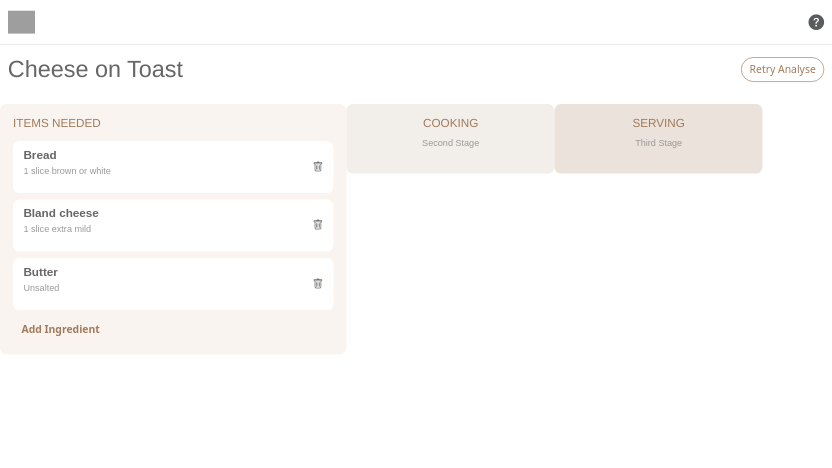
Repository: devashrisamani/SMC
Page: index.html
An editor plug-in stored every save of this project. The page is shown before and after the next save, followed by the edit.
The browser window is 1280 px wide. The pictures show the whole page, at 65% of full size.
Pictures or frames that could not be fetched are drawn as grey boxes.

Above is the page before, as saved 2024-10-09 15:05:40.

### index.html
<!DOCTYPE html>
<html lang="en">
  <head>
    <meta charset="UTF-8" />
    <meta name="viewport" content="width=device-width, initial-scale=1.0" />
    <link
      href="https://cdn.jsdelivr.net/npm/bootstrap@5.3.0-alpha1/dist/css/bootstrap.min.css"
      rel="stylesheet"
    />
    <link
      href="https://cdn.jsdelivr.net/npm/bootstrap-icons/font/bootstrap-icons.css"
      rel="stylesheet"
    />
    <link rel="stylesheet" href="styles.css" />
    <title>Recipe Page</title>
  </head>
  <body>
    <!-- Header -->
    <header class="container-fluid border-bottom py-3">
      <div class="d-flex justify-content-between align-items-center">
        <!-- Logo -->
        <div>
          <img src="img/logomark.svg" alt="Logo" class="logo" />
        </div>

        <!-- Help Icon -->
        <div>
          <i class="bi bi-question-circle-fill fs-4 text-muted"></i>
        </div>
      </div>
    </header>

    <!-- Title and Retry Button -->
    <section class="container-fluid py-3">
      <div class="d-flex justify-content-between align-items-center">
        <!-- Title -->
        <h1 class="header-title">Cheese on Toast</h1>

        <!-- Retry Button -->
        <button class="btn btn-outline-primary retry-btn">Retry Analyse</button>
      </div>
    </section>

    <!-- Main Content -->
    <section class="container-fluid py-3">
      <div class="row">
        <!-- First Rectangle: Items Needed -->
        <div class="col-md-5 rectangle items-needed">
          <h4 class="items-title">ITEMS NEEDED</h4>

          <!-- Ingredients List -->
          <ul class="list-group ingredients-list">
            <li
              class="list-group-item d-flex justify-content-between align-items-center"
            >
              <div>
                <strong>Bread</strong>
                <p>1 slice brown or white</p>
              </div>
              <i class="bi bi-trash text-muted"></i>
            </li>
            <li
              class="list-group-item d-flex justify-content-between align-items-center"
            >
              <div>
                <strong>Bland cheese</strong>
                <p>1 slice extra mild</p>
              </div>
              <i class="bi bi-trash text-muted"></i>
            </li>
            <li
              class="list-group-item d-flex justify-content-between align-items-center"
            >
              <div>
                <strong>Butter</strong>
                <p>Unsalted</p>
              </div>
              <i class="bi bi-trash text-muted"></i>
            </li>
          </ul>

          <!-- Add Ingredient Button -->
          <button class="btn btn-link add-ingredient">Add Ingredient</button>
        </div>

        <!-- Second Rectangle: Cooking -->
        <div class="col-md-3 rectangle cooking">
          <h5>COOKING</h5>
          <p>Second Stage</p>
        </div>

        <!-- Third Rectangle: Serving -->
        <div class="col-md-3 rectangle serving">
          <h5>SERVING</h5>
          <p>Third Stage</p>
        </div>
      </div>
    </section>

    <script src="https://cdn.jsdelivr.net/npm/bootstrap@5.3.0-alpha1/dist/js/bootstrap.bundle.min.js"></script>
  </body>
</html>

### styles.css
/* Custom styles for the header */
.logo {
  width: 42px;
  height: 36px;
}

.bi-question-circle-fill {
  color: #a27b5c;
}

.border-bottom {
  border-color: #eee;
}

/* Title Section */
.header-title {
  font-family: "Calistoga-Regular", Helvetica, sans-serif;
  color: #666666;
  font-size: 36px;
  margin: 0;
}

.retry-btn {
  border-color: #a27b5c;
  color: #a27b5c;
  border-radius: 20px;
}

.retry-btn:hover {
  background-color: #a27b5c;
  color: #fff;
}

/* Styling for the three rectangles */
.rectangle {
  background-color: #f7f3ef;
  padding: 20px;
  height: 100%;
  border-radius: 10px;
  margin-bottom: 10px;
}

.items-needed {
  background-color: #f9f4ef;
}

.cooking {
  background-color: #f2eee9;
  text-align: center;
}

.serving {
  background-color: #eae2db;
  text-align: center;
}

/* Title and Text Styles */
.items-title {
  font-family: "Calistoga-Regular", Helvetica, sans-serif;
  color: #a27b5c;
  font-size: 18px;
  margin-bottom: 15px;
}

.ingredients-list .list-group-item {
  border: none;
  border-radius: 10px;
  background-color: #fff;
  margin-bottom: 10px;
  font-family: "DM Sans", sans-serif;
}

.ingredients-list .list-group-item strong {
  font-size: 18px;
  color: #666666;
}

.ingredients-list .list-group-item p {
  font-size: 14px;
  color: #999999;
}

.add-ingredient {
  color: #a27b5c;
  font-weight: bold;
  text-decoration: none;
}

.cooking h5,
.serving h5 {
  font-family: "Calistoga-Regular", Helvetica, sans-serif;
  font-size: 18px;
  color: #a27b5c;
}

.cooking p,
.serving p {
  font-family: "DM Sans", sans-serif;
  font-size: 14px;
  color: #999999;
}

After the next save:
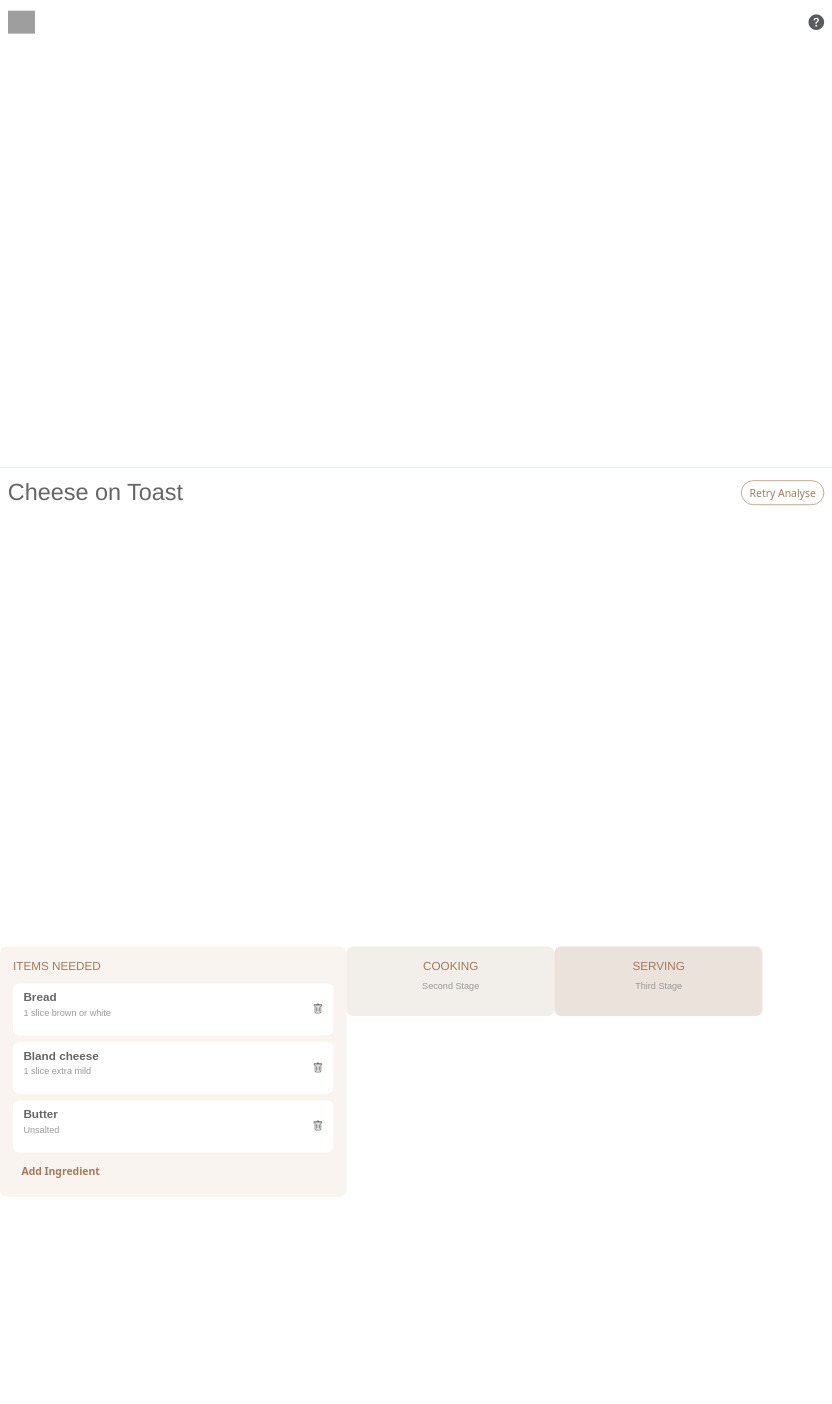
Saved 2 min 7 s later.
--- a/styles.css
+++ b/styles.css
@@ -31,11 +31,15 @@
   color: #fff;
 }
 
-/* Styling for the three rectangles */
+/* Ensuring the three rectangles stretch to the bottom */
+.container-fluid {
+  height: 100vh; /* Make the entire container take up the full viewport height */
+}
+
 .rectangle {
   background-color: #f7f3ef;
   padding: 20px;
-  height: 100%;
+  height: 100%; /* Fill available height */
   border-radius: 10px;
   margin-bottom: 10px;
 }
